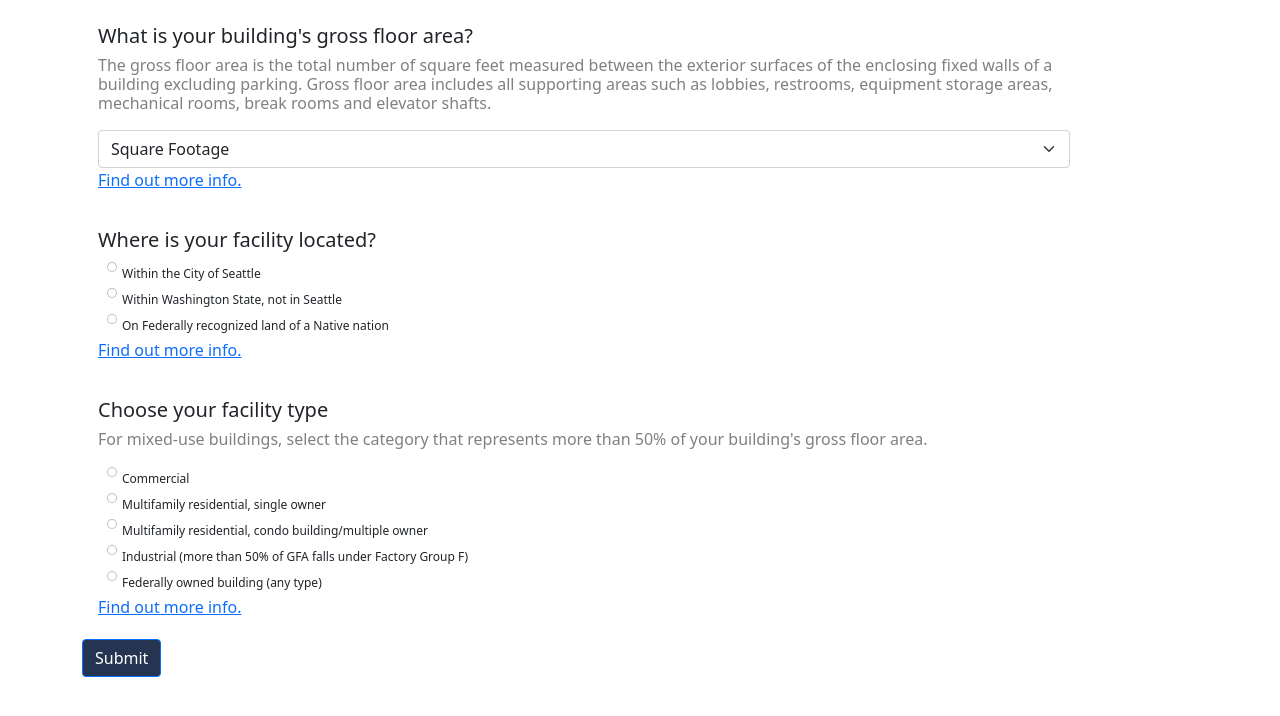
Repository: ChaidGPT/SershonSystemsQuiz
Page: index.html
These files come from the project's save history. The page is drawn as it stood at one moment and after the next save; the edit follows.
The browser window is 1280 px wide. The pictures show the whole page.

Above is the page before, as saved 2023-07-07 15:56:53.

After the next save:
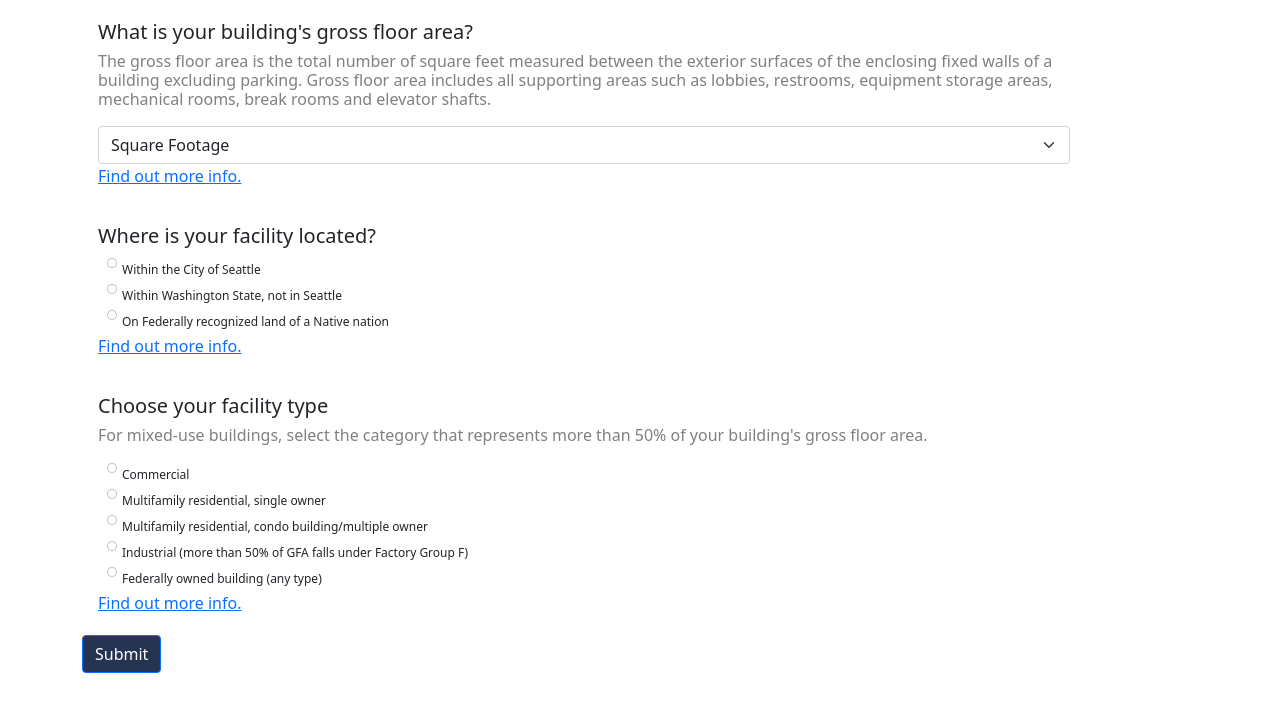
Saved 4 s later.
--- a/index.html
+++ b/index.html
@@ -42,7 +42,7 @@
 <body>
 	<div class="container">
 		<!-- Question 1 Card -->
-		<div class="card mb-1 mt-2">
+		<div class="card mb-1 mt-1">
 			<div class="card-body">
 				<h5 class="card-title">What is your building's gross floor area?</h5>
 				<p class="card-text">The gross floor area is the total number of square feet measured between the exterior surfaces of the enclosing fixed walls of a building excluding parking. Gross floor area includes all supporting areas such as lobbies, restrooms, equipment storage areas, mechanical rooms, break rooms and elevator shafts.</p>
